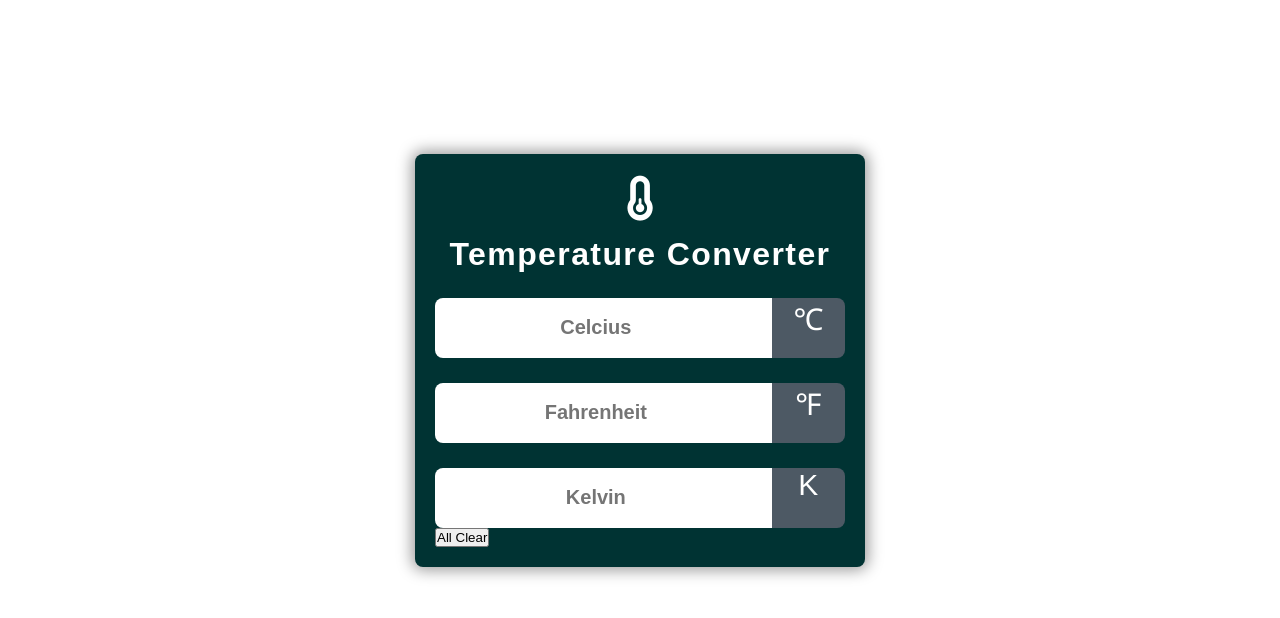
Repository: kiranjeetkaur01/tempconverter.github.io
Page: index.html
These files come from the project's save history. The page is drawn as it stood at one moment and after the next save; the edit follows.
The browser window is 1280 px wide. The pictures show the whole page.

Above is the page before, as saved 2023-09-27 12:54:37.

After the next save:
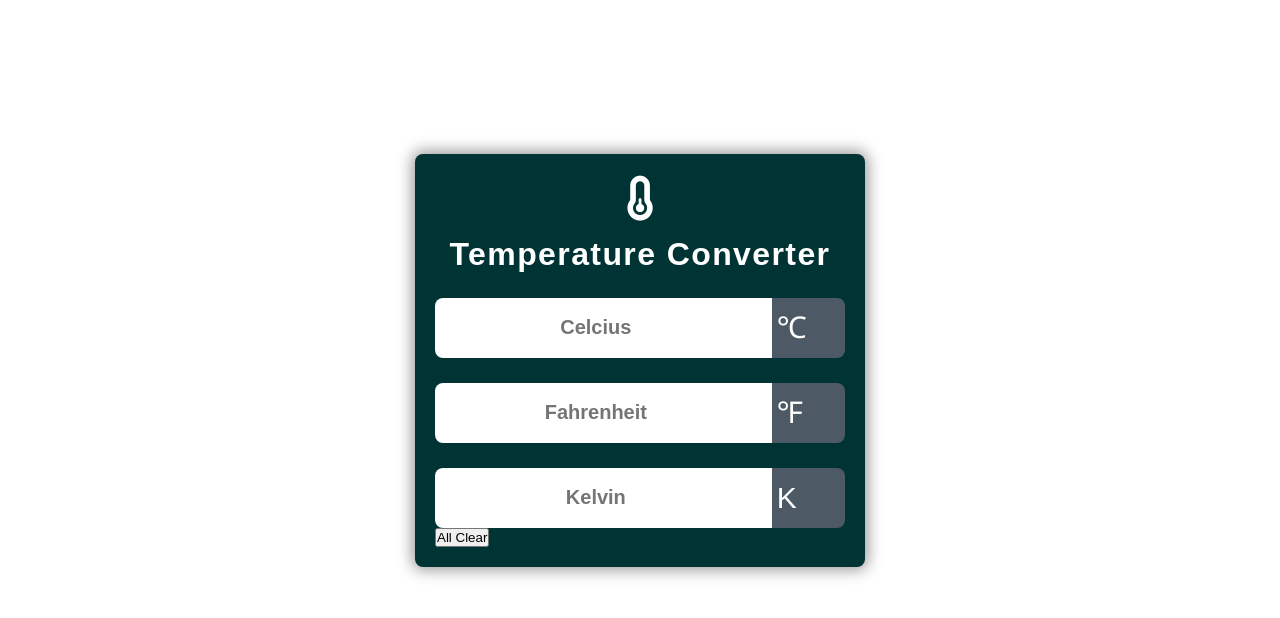
Saved 12 s later.
--- a/style.css
+++ b/style.css
@@ -56,9 +56,9 @@ input {
 .icon {
   flex: 1;
   height: 60px;
-  /* line-height: 60px;  */
+  line-height: 60px;
   padding: 0 5px;
-  text-align: center;
+  /* text-align: center; */
   font-size: 30px;
   background: #4d5964;
   color: #fff;
